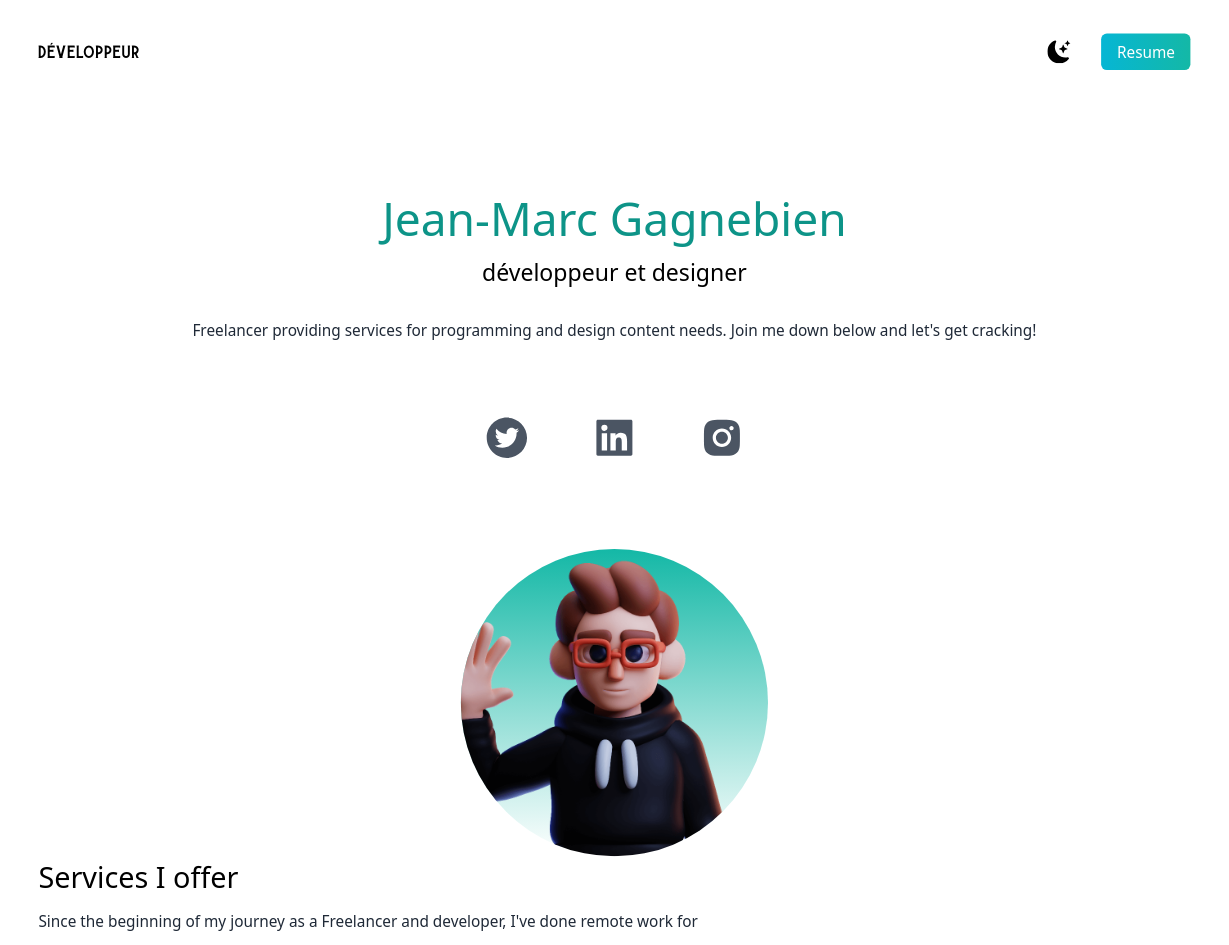
Repository: Jean-MarcG/portfoli_next
Page: /
An editor plug-in stored every save of this project. The page is shown before and after the next save, followed by the edit.
The browser window is 1280 px wide. The pictures show the whole page, at 96% of full size.
The project was rebuilt for these pictures with package versions that can differ from the ones it lists, and the page was loaded fresh each time. The framework's server and built-in components were replaced by stand-ins that run in the browser. Also part of the build but not shown: next.config.js.

Above is the page before, as saved 2023-04-01 17:48:06.

### pages/index.js
import Head from 'next/head';
import {BsFillMoonStarsFill} from 'react-icons/bs';
import {AiFillTwitterCircle, AiFillLinkedin, AiFillInstagram} from 'react-icons/ai'
import Image from 'next/image';
import deved from '../public/dev-ed-wave.png'

export default function Home() {
  return (
    <>
    <Head>
    <title>Jean-Marc Gagnebien Portfolio</title>
    <meta name="description" content="Generated by create next app" />
    <meta name="viewport" content="width=device-width, initial-scale=1" />
    <link rel="icon" href="/favicon.ico" />
    </Head>
      <main className='bg-white px-10 '>
        <section className='min-h-screen'>
          <nav className='py-10 mb-12 flex justify-between'>
            <h1 className='text-xl font-burtons'>développeur</h1>
              <ul className='flex items-center'>
                <li>
                  <BsFillMoonStarsFill className='cursor-pointer text-2xl'/>
                </li>
                <li>
                  <a className='bg-gradient-to-r from-cyan-500 to-teal-500 text-white px-4 py-2 rounded-md ml-8' href='#'>Resume</a>
                </li>
              </ul>
          </nav>
          <div className='text-center p-10'>
            <h2 className='text-5xl py-2 text-teal-600 font-medium'>Jean-Marc Gagnebien</h2>
            <h3 className='text-2xl py-2'>développeur et designer</h3>
            <p className='text-md py-5 leading-8 text-gray-800'>Freelancer providing services for programming and design content needs. Join me down below and let's get cracking!</p>
          </div>
          <div className='text-5xl flex justify-center gap-16 py-3 text-gray-600'>
            <AiFillTwitterCircle />
            <AiFillLinkedin />
            <AiFillInstagram />
          </div>
          <div>
            <div className='relative mx-auto bg-gradient-to-b from-teal-500 rounded-full w-80 h-80 mt-20 overflow-hidden'>
              <Image src={deved} alt='photo développeur' fill style={{objectFit:'cover'}}/>
            </div>
          </div>
        </section>

        <section>
          <div>
            <h3 className='text-3xl py-1'>Services I offer</h3>
            <p className='text-md py-2 leading-8 text-gray-800'>
              Since the beginning of my journey as a Freelancer and developer, I've done remote work for
            </p>
          </div>
        </section>

      </main>
    </>
    )
  }

### styles/globals.css
@tailwind base;
@tailwind components;
@tailwind utilities;

* {
  box-sizing: border-box;
  padding: 0;
  margin: 0;
}

html,
body {
  max-width: 100vw;
  overflow-x: hidden;
}

body {
  color: rgb(var(--foreground-rgb));
  background: linear-gradient(
      to bottom,
      transparent,
      rgb(var(--background-end-rgb))
    )
    rgb(var(--background-start-rgb));
}

a {
  color: inherit;
  text-decoration: none;
}

@font-face {
  font-family: "burtons";
  src: url(../public/Burtons.otf);
}

### tailwind.config.js
/** @type {import('tailwindcss').Config} */
module.exports = {
  content: [
    "./app/**/*.{js,ts,jsx,tsx}",
    "./pages/**/*.{js,ts,jsx,tsx}",
    "./components/**/*.{js,ts,jsx,tsx}",

    // Or if using `src` directory:
    "./src/**/*.{js,ts,jsx,tsx}",
  ],
  theme: {
    extend: {
      fontFamily: {
        burtons: 'burtons',
      }
    },
  },
  plugins: [],
}

Loaded but not shown: pages/_app.js (common file); pages/_document.js (common file)

After the next save:
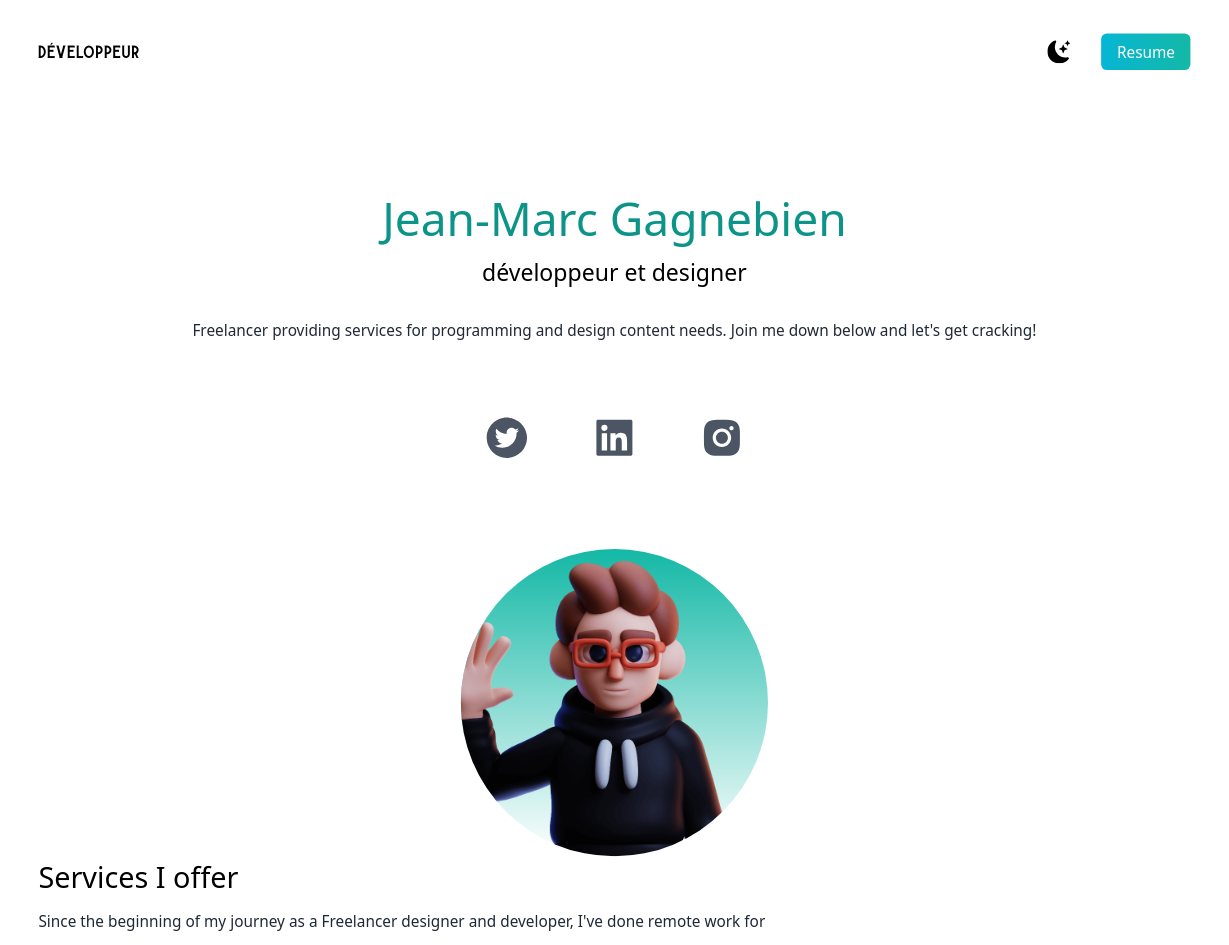
Saved 24 s later.
--- a/pages/index.js
+++ b/pages/index.js
@@ -47,7 +47,7 @@
           <div>
             <h3 className='text-3xl py-1'>Services I offer</h3>
             <p className='text-md py-2 leading-8 text-gray-800'>
-              Since the beginning of my journey as a Freelancer and developer, I've done remote work for
+              Since the beginning of my journey as a Freelancer designer and developer, I've done remote work for
             </p>
           </div>
         </section>
